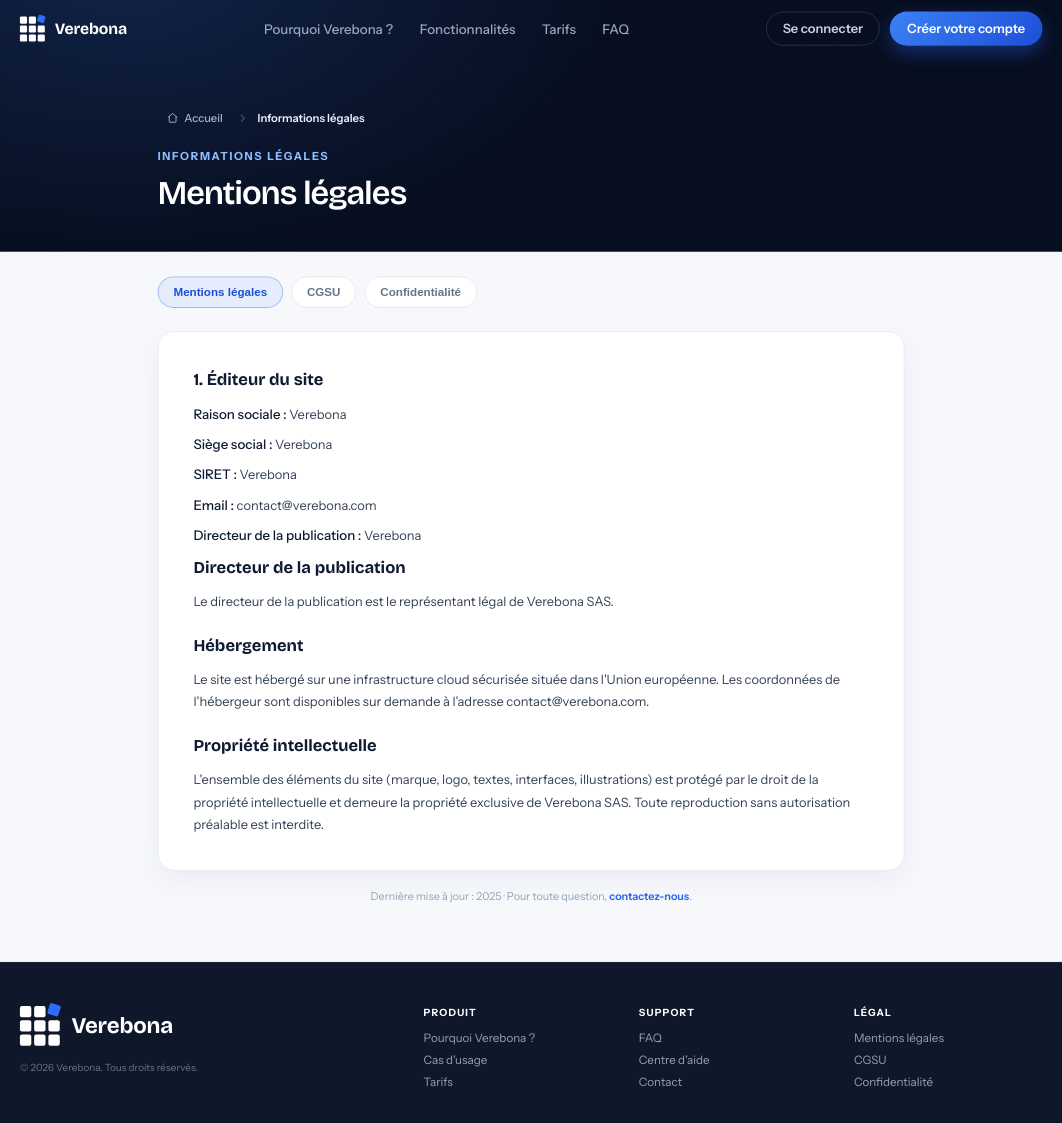
Repository: AdminVerebona/verebona-public
Page: /mentions-legales
These files come from the project's save history. The page is drawn as it stood at one moment and after the next save; the edit follows.
The browser window is 1280 px wide. The pictures show the whole page, at 83% of full size.
The project was rebuilt for these pictures with package versions that can differ from the ones it lists, and the page was loaded fresh each time. Also part of the build but not shown: next.config.mjs, vite.config.js, vite.config.ts, src/composables/useLanding.ts, src/sections/HeroSection.vue, src/sections/WhySection.vue, src/sections/UseCasesSection.vue, src/sections/FeaturesSection.vue and 6 more.

Above is the page before, as saved 2026-07-10 15:10:28.

After the next save:
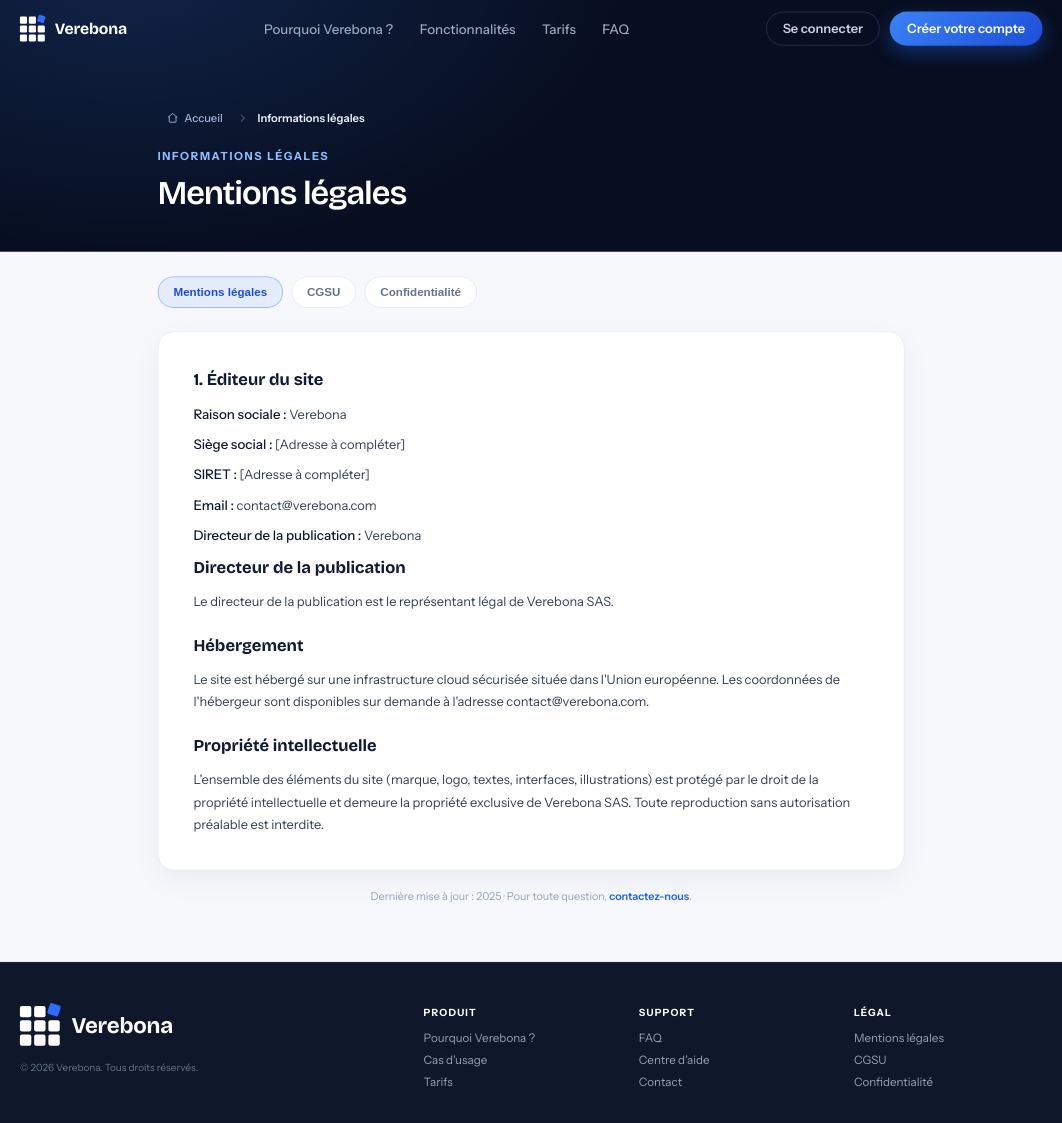
Saved 9 s later.
--- a/src/views/LegalView.vue
+++ b/src/views/LegalView.vue
@@ -19,8 +19,8 @@
         <div style="font-size:15.5px;line-height:1.75;color:#334155">
           <h2 style="font-size:20px;font-weight:700;color:#0F1B33;font-family:'Bricolage Grotesque',sans-serif;margin:0 0 10px">1. Éditeur du site</h2>
           <p style="margin:0 0 8px"><span style="font-size:16px;font-weight:500;color:#0F1B33">Raison sociale :</span> Verebona</p>
-          <p style="margin:0 0 8px"><span style="font-size:16px;font-weight:500;color:#0F1B33">Siège social :</span> Verebona</p>
-          <p style="margin:0 0 8px"><span style="font-size:16px;font-weight:500;color:#0F1B33">SIRET :</span> Verebona</p>
+          <p style="margin:0 0 8px"><span style="font-size:16px;font-weight:500;color:#0F1B33">Siège social :</span> [Adresse à compléter]</p>
+          <p style="margin:0 0 8px"><span style="font-size:16px;font-weight:500;color:#0F1B33">SIRET :</span> [Adresse à compléter]</p>
           <p style="margin:0 0 8px"><span style="font-size:16px;font-weight:500;color:#0F1B33">Email :</span> contact@verebona.com</p>
           <p style="margin:0 0 8px"><span style="font-size:16px;font-weight:500;color:#0F1B33">Directeur de la publication :</span> Verebona</p>
           <h2 style="font-size:20px;font-weight:700;color:#0F1B33;font-family:'Bricolage Grotesque',sans-serif;margin:0 0 10px">Directeur de la publication</h2>
